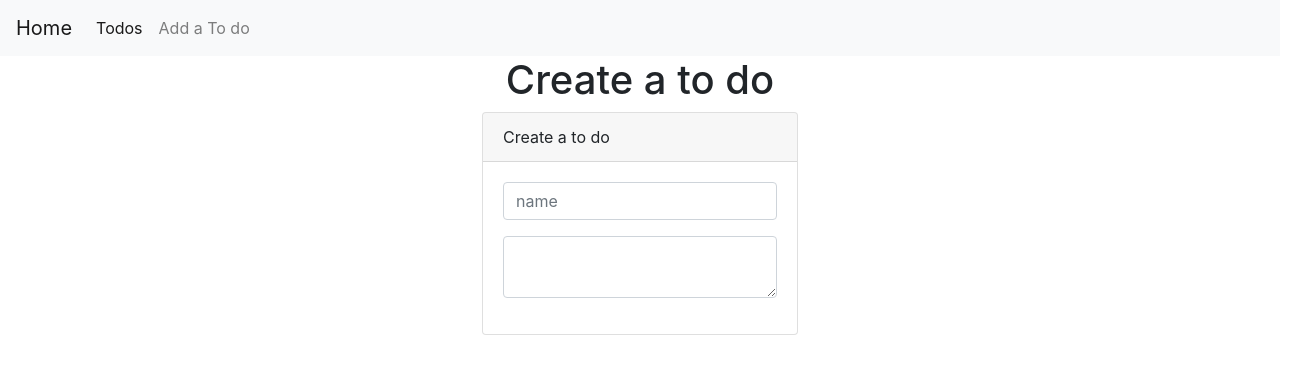
Repository: Azariagmt/laravel-to-do-app
Page: http://localhost/new-to-do
An editor plug-in stored every save of this project. The page is shown before and after a run of saves, followed by the edit.
The browser window is 1280 px wide. The page is 1295 px wide, so the pictures cover 1295 px, including what lies to the right of the window. The pictures show the whole page.
The page is served by the project's Laravel application, run on PHP 8.4 with Laravel 8. Other server files are loaded and not shown.

Above is the page before, as saved 2020-04-27 22:49:52.

### routes/web.php
<?php

use Illuminate\Support\Facades\Route;

/*
|--------------------------------------------------------------------------
| Web Routes
|--------------------------------------------------------------------------
|
| Here is where you can register web routes for your application. These
| routes are loaded by the RouteServiceProvider within a group which
| contains the "web" middleware group. Now create something great!
|
*/

Route::get('/', function () {
    return view('welcome');
});

Route::get('/todos', 'TodosController@index')->name('todos');

Route::get('todos/{todo}', 'TodosController@show')->name('todo');

Route::get('/new-to-do', 'TodosController@new')->name('new');

### app/Http/Controllers/TodosController.php
<?php

namespace App\Http\Controllers;

use Illuminate\Http\Request;
use App\Todo;

class TodosController extends Controller
{
    public function index(){
        $todos = Todo::all();
        return view('todos.index', [
            'todos' => $todos
        ]);
    }
    public function show($todoId){

        $todo = Todo::find($todoId);
        return view('todos.show',[
            'todo' => $todo
        ]);
    }
    public function new(){
        return view('todos.new');
    }
}

### resources/views/todos/new.blade.php
@extends('layouts')

@section('content')
<h1 class="text-center">
Create a to do
</h1>
<div class="row justify-content-center">
<div class="card card-default">
<div class="card-header">
Create a to do
</div>
<div class="card-body">
<form action="">
<div class="form-group">
<input type="text" class="form-control" name="name" placeholder="name">
</div>
<div class="form-group">
<textarea type="text-area" class="form-control" name="description"></textarea>
</div>
</form>
</div>
</div>
</div>
@endsection

### resources/views/layouts.blade.php
<!DOCTYPE html>
<!--[if lt IE 7]>      <html class="no-js lt-ie9 lt-ie8 lt-ie7"> <![endif]-->
<!--[if IE 7]>         <html class="no-js lt-ie9 lt-ie8"> <![endif]-->
<!--[if IE 8]>         <html class="no-js lt-ie9"> <![endif]-->
<!--[if gt IE 8]><!--> <html class="no-js"> <!--<![endif]-->
    <head>
        <meta charset="utf-8">
        <meta http-equiv="X-UA-Compatible" content="IE=edge">
        <title>To do app</title>
        <meta name="description" content="">
        <meta name="viewport" content="width=device-width, initial-scale=1">
        <link rel="stylesheet" href="https://stackpath.bootstrapcdn.com/bootstrap/4.4.1/css/bootstrap.min.css" integrity="sha384-Vkoo8x4CGsO3+Hhxv8T/Q5PaXtkKtu6ug5TOeNV6gBiFeWPGFN9MuhOf23Q9Ifjh" crossorigin="anonymous">
        <link rel="stylesheet" href="">
    </head>
    <body>
        <!--[if lt IE 7]>
            <p class="browsehappy">You are using an <strong>outdated</strong> browser. Please <a href="#">upgrade your browser</a> to improve your experience.</p>
        <![endif]-->
        <nav class="navbar navbar-expand-lg navbar-light bg-light">
  <a class="navbar-brand" href="/">Home</a>
  <button class="navbar-toggler" type="button" data-toggle="collapse" data-target="#navbarNav" aria-controls="navbarNav" aria-expanded="false" aria-label="Toggle navigation">
    <span class="navbar-toggler-icon"></span>
  </button>
  <div class="collapse navbar-collapse" id="navbarNav">
    <ul class="navbar-nav">
      <li class="nav-item active">
        <a class="nav-link" href="{{route('todos')}}">Todos <span class="sr-only">(current)</span></a>
      </li>
      <li class="nav-item">
        <a class="nav-link" href="{{route('new')}}">Add a To do <span class="sr-only">(current)</span></a>
      </li>
    </ul>
  </div>
</nav>
        @yield('content')
        <script src="" async defer></script>
    </body>
</html>

Loaded but not shown: app/Http/Controllers/Controller.php (common file)

After the next 2 saves:
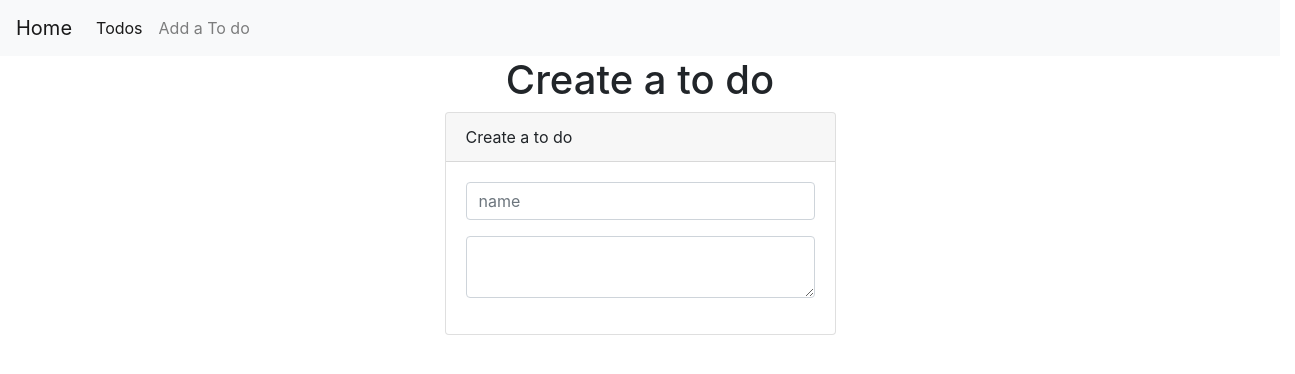
The 2 saves are shown as one change because they came seconds apart.
The last was saved 17 s later.
--- a/resources/views/todos/new.blade.php
+++ b/resources/views/todos/new.blade.php
@@ -15,7 +15,7 @@ Create a to do
 <input type="text" class="form-control" name="name" placeholder="name">
 </div>
 <div class="form-group">
-<textarea type="text-area" class="form-control" name="description"></textarea>
+<textarea type="text-area" class="form-control" cols="30" name="description"></textarea>
 </div>
 </form>
 </div>
